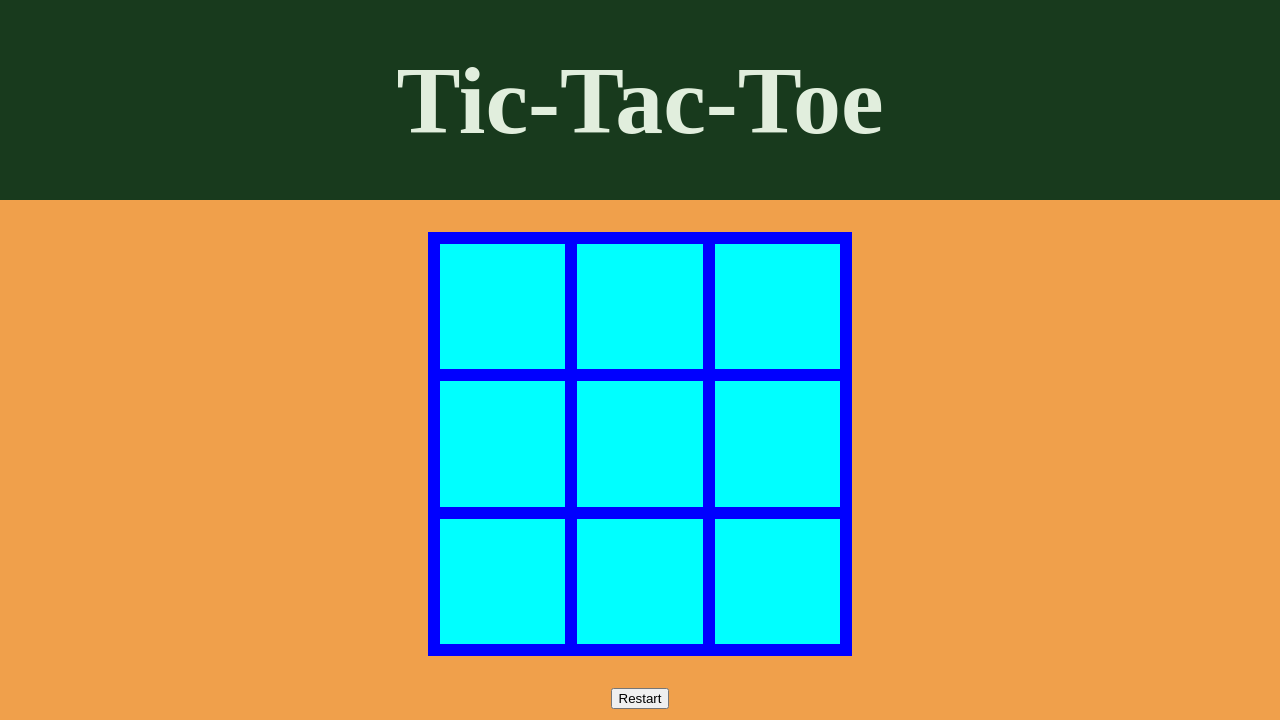
Repository: yeetzpxoci/tic-tac-toe
Page: index.html
An editor plug-in stored every save of this project. The page is shown before and after the next save, followed by the edit.
The browser window is 1280 px wide. The pictures show the whole page.

Above is the page before, as saved 2023-02-23 18:43:25.

After the next save:
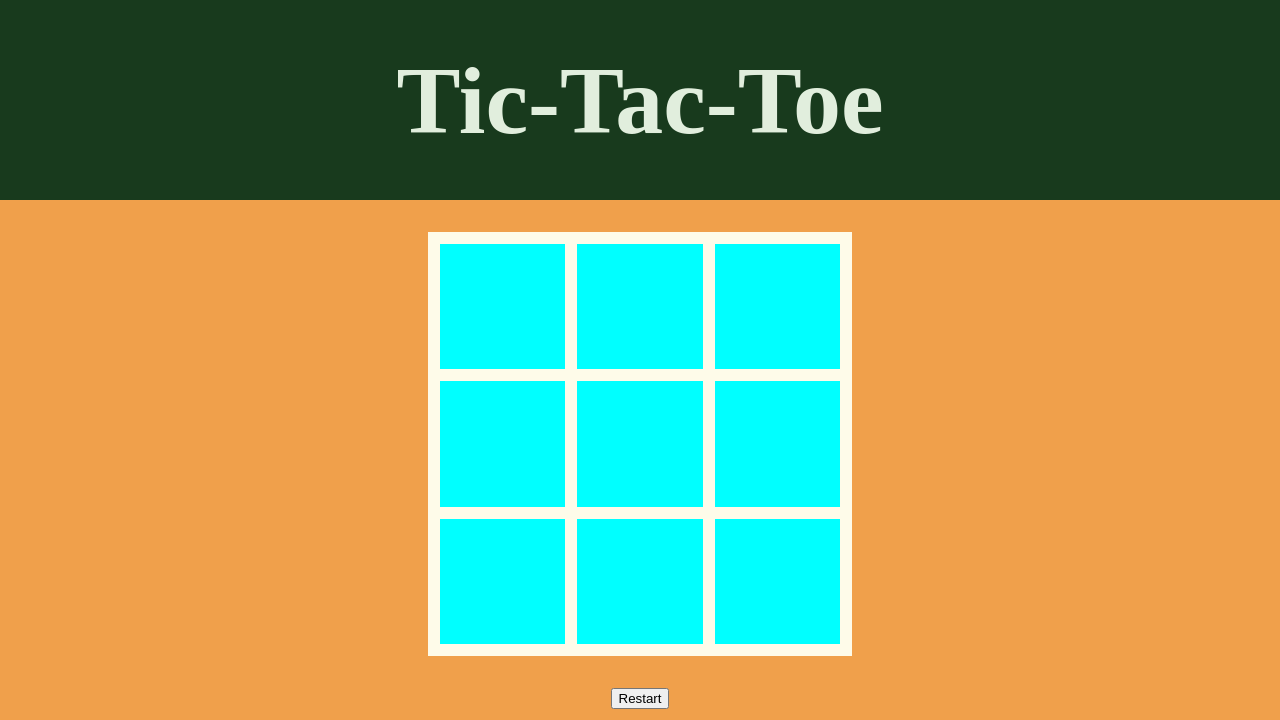
Saved 12 s later.
--- a/styles.css
+++ b/styles.css
@@ -29,7 +29,7 @@ body {
 .board {
     height: 400px;
     width: 400px;
-    background-color: blue;
+    background-color: #FEFBE9;
     padding: 12px;
     gap: 12px;
     font-size: 96px;
